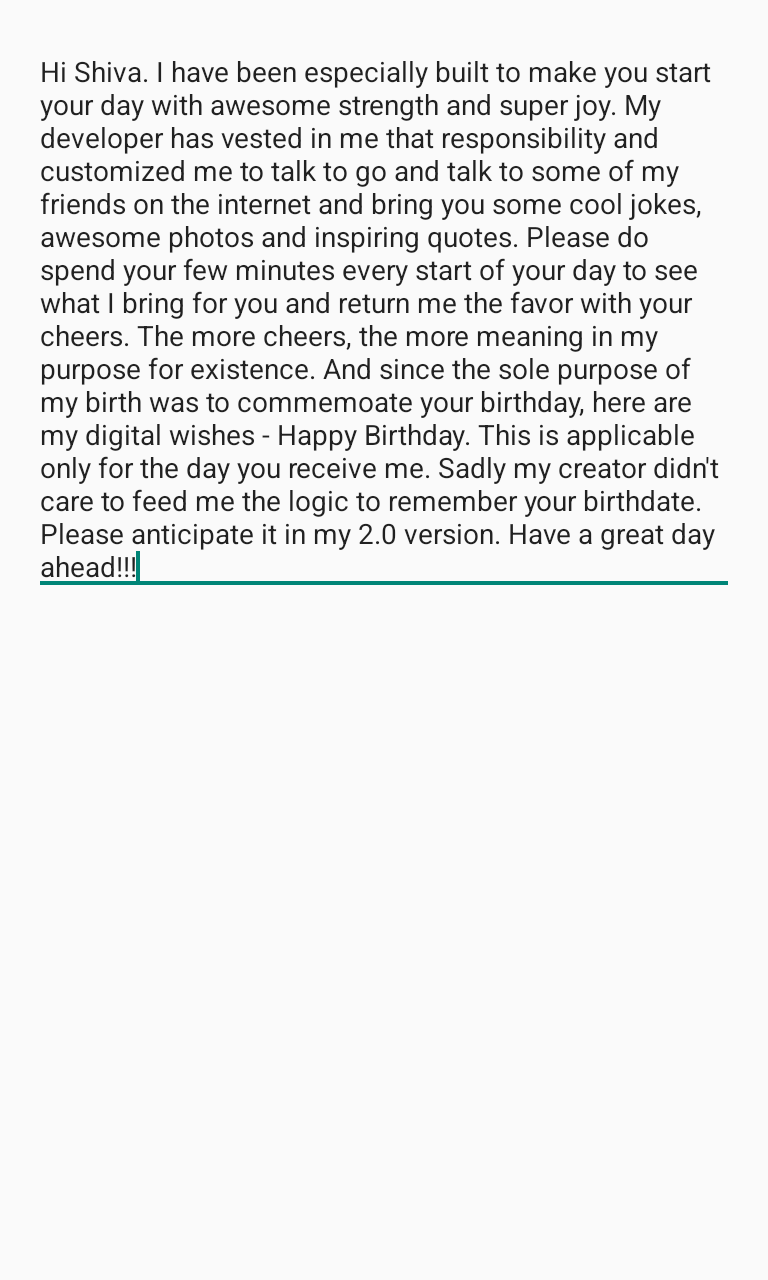
Repository: gitvas/FewMinutesEveryday
Layout: WorkspaceOne/FewMinutesEveryday/res/layout/activity_main.xml
These files come from the project's save history. The layout is drawn as it stood at one moment and after the next save; the edit follows.
It is drawn on a 768 x 1280 px phone screen (xhdpi) without system bars, with theme AppTheme; the app's code is not run.

Above is the layout before, as saved 2014-08-18 16:15:15.

After the next save:
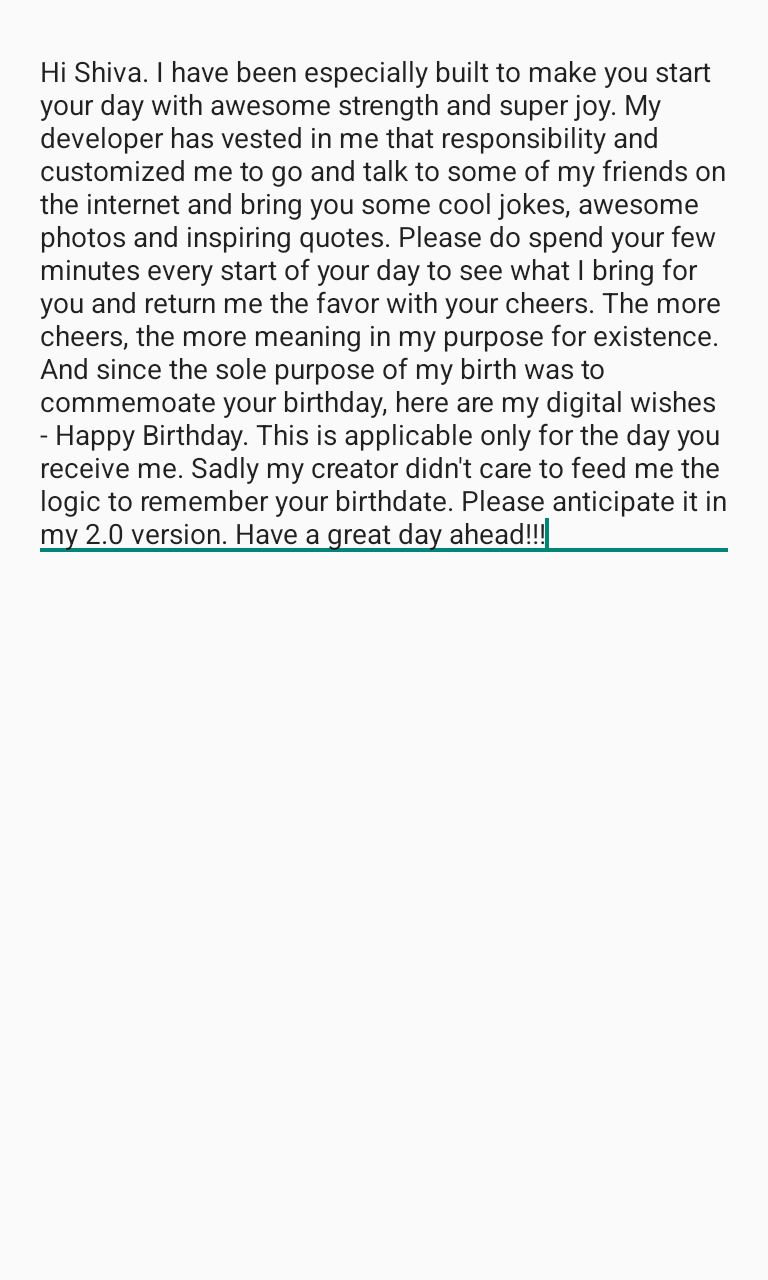
Saved 45 s later.
--- a/WorkspaceOne/FewMinutesEveryday/res/values/strings.xml
+++ b/WorkspaceOne/FewMinutesEveryday/res/values/strings.xml
@@ -3,6 +3,6 @@
 
     <string name="app_name">FewMinutesEveryday</string>
     <string name="action_settings">Settings</string>
-    <string name="intro_text">Hi Shiva. I have been especially built to make you start your day with awesome strength and super joy. My developer has vested in me that responsibility and customized me to talk to go and talk to some of my friends on the internet and bring you some cool jokes, awesome photos and inspiring quotes. Please do spend your few minutes every start of your day to see what I bring for you and return me the favor with your cheers. The more cheers, the more meaning in my purpose for existence. And since the sole purpose of my birth was to commemoate your birthday, here are my digital wishes - &quot;Happy Birthday&quot;. This is applicable only for the day you receive me. Sadly my creator didn\'t care to feed me the logic to remember your birthdate. Please anticipate it in my 2.0 version. Have a great day ahead!!!</string>
+    <string name="intro_text">Hi Shiva. I have been especially built to make you start your day with awesome strength and super joy. My developer has vested in me that responsibility and customized me to go and talk to some of my friends on the internet and bring you some cool jokes, awesome photos and inspiring quotes. Please do spend your few minutes every start of your day to see what I bring for you and return me the favor with your cheers. The more cheers, the more meaning in my purpose for existence. And since the sole purpose of my birth was to commemoate your birthday, here are my digital wishes - &quot;Happy Birthday&quot;. This is applicable only for the day you receive me. Sadly my creator didn\'t care to feed me the logic to remember your birthdate. Please anticipate it in my 2.0 version. Have a great day ahead!!!</string>
 
 </resources>
